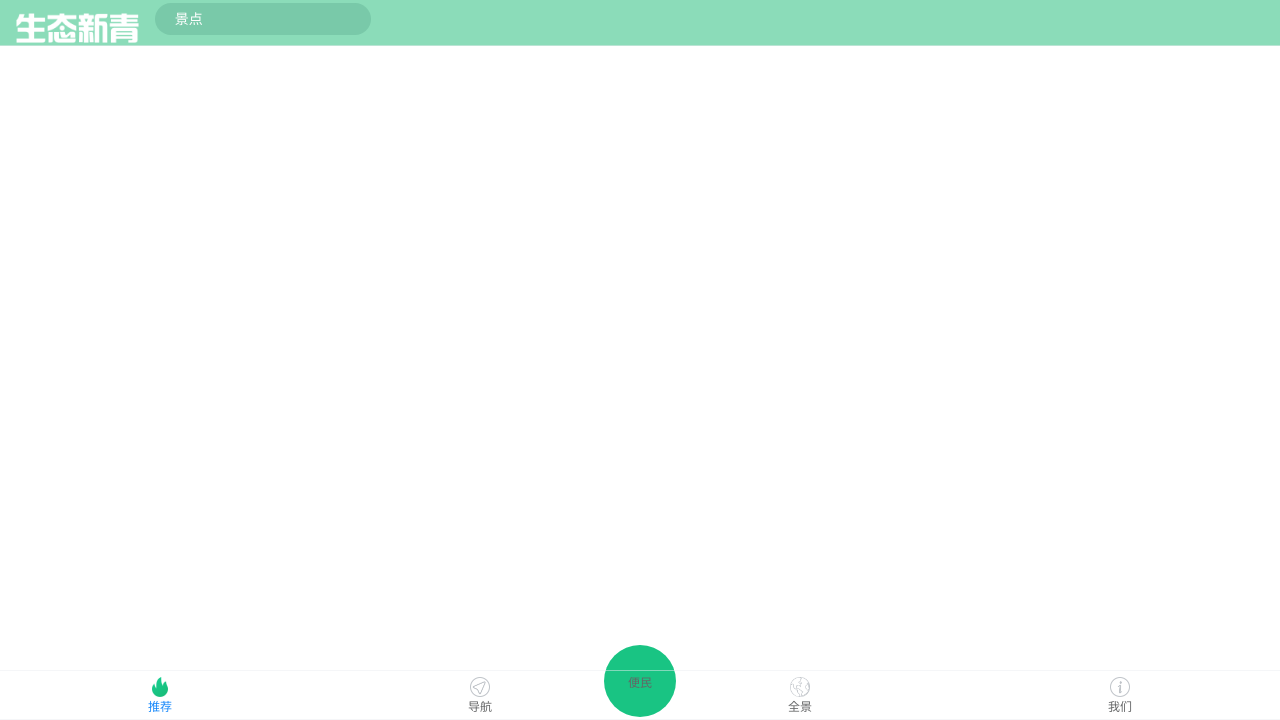
Repository: huye123/stcq
Page: /
The author's editor kept a copy of each file at every save. The page is drawn from the files as they stood at one save, then again after a run of saves.
The browser window is 1280 px wide. The pictures show the whole page.
The project was rebuilt for these pictures with package versions that can differ from the ones it lists, and the page was loaded fresh each time. Also part of the build but not shown: src/components/search.vue.

Above is the page before, as saved 2019-06-28 16:36:01.

After the next 2 saves:
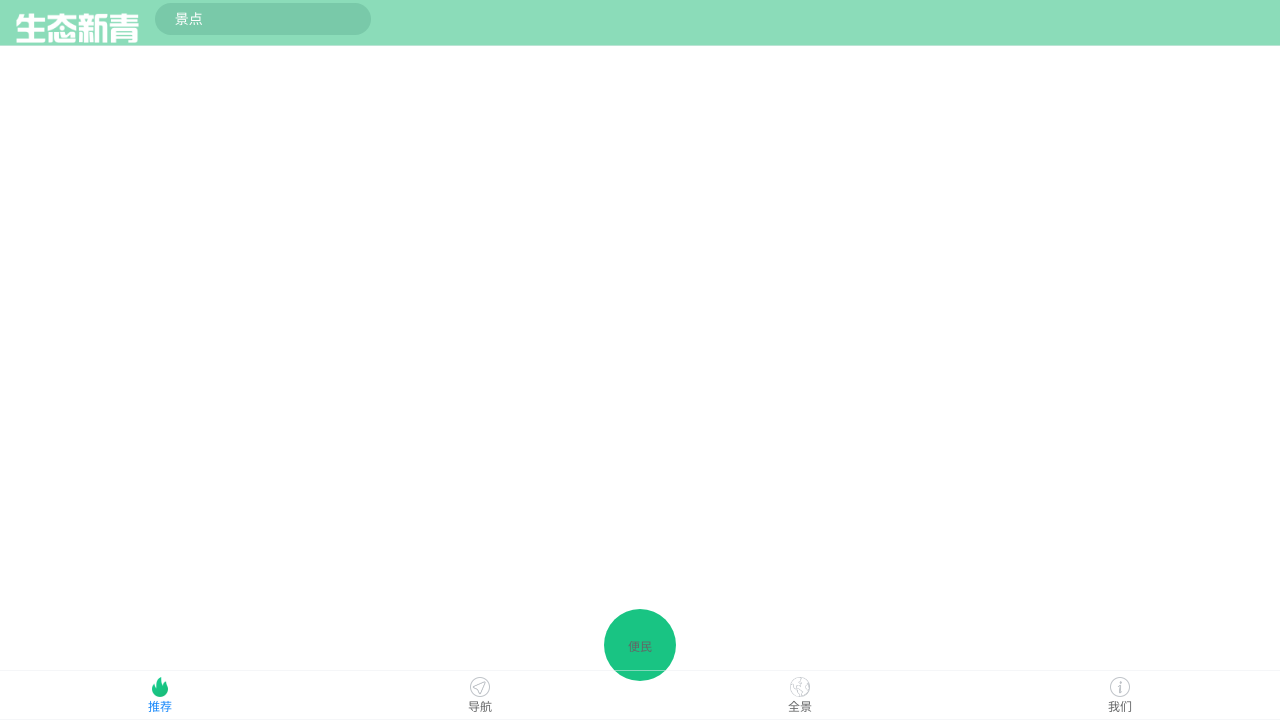
The 2 saves are shown as one change because they came seconds apart.
The last was saved 28 s later.
--- a/src/App.vue
+++ b/src/App.vue
@@ -85,7 +85,7 @@
     height: 72px;
     width: 72px;
     position: absolute;
-    top: -50%;
+    top: calc(-50% - 36px);
     left: calc(50% - 36px);
 
 }

After the save that followed:
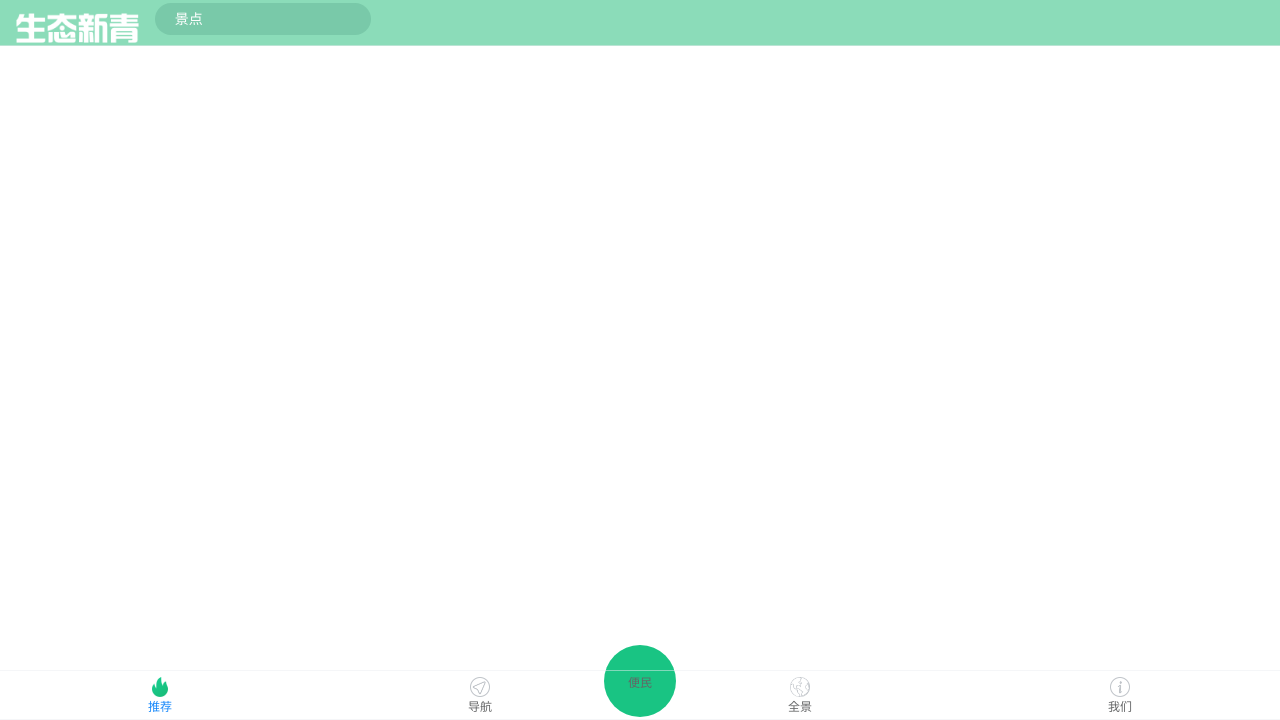
Saved 22 s later.
--- a/src/App.vue
+++ b/src/App.vue
@@ -85,7 +85,7 @@
     height: 72px;
     width: 72px;
     position: absolute;
-    top: calc(-50% - 36px);
+    top: -50%;
     left: calc(50% - 36px);
 
 }
